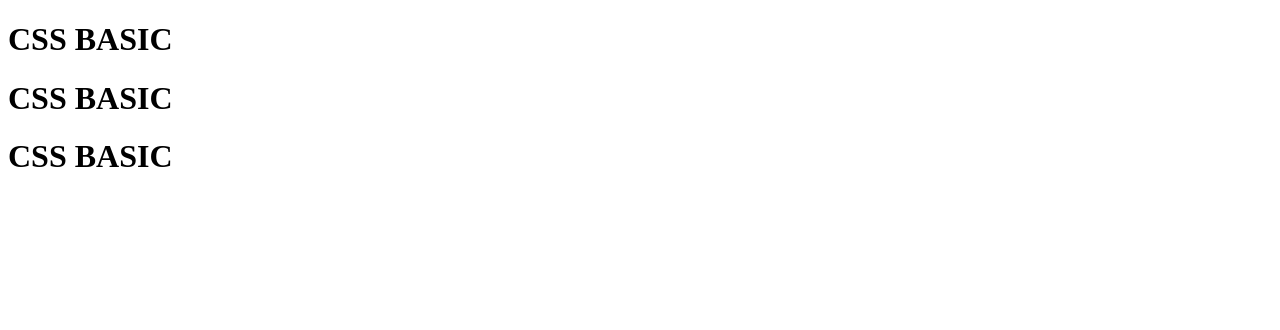
Repository: jelly02/workspace_web
Page: 04.css_basic/src/main/webapp/index.html
The author's editor kept a copy of each file at every save. The page is drawn from the files as they stood at one save, then again after the next save.
The browser window is 1280 px wide. The pictures show the whole page.

Above is the page before, as saved 2021-06-28 01:07:59.

### 04.css_basic/src/main/webapp/index.html
<!DOCTYPE html>
<html>
<head>
<meta charset="UTF-8">
	<title>CSS BASIC</title>
</head>
	<body>
		<h1>CSS BASIC</h1>

		<h1>CSS BASIC</h1>

		<h1>CSS BASIC</h1>
	</body>
</html>

After the next save:
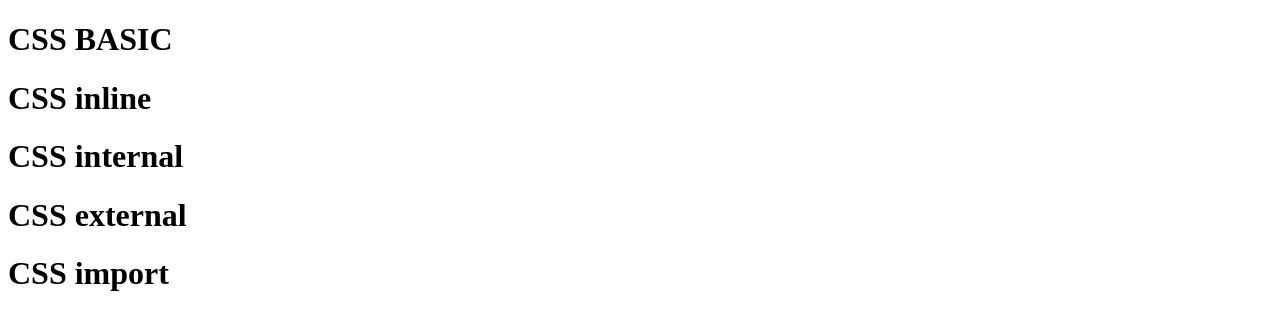
Saved 29 s later.
--- a/04.css_basic/src/main/webapp/index.html
+++ b/04.css_basic/src/main/webapp/index.html
@@ -7,8 +7,12 @@
 	<body>
 		<h1>CSS BASIC</h1>
 
-		<h1>CSS BASIC</h1>
+		<h1>CSS inline</h1>
 
-		<h1>CSS BASIC</h1>
+		<h1>CSS internal</h1>
+
+		<h1>CSS external</h1>
+
+		<h1>CSS import</h1>
 	</body>
 </html>
